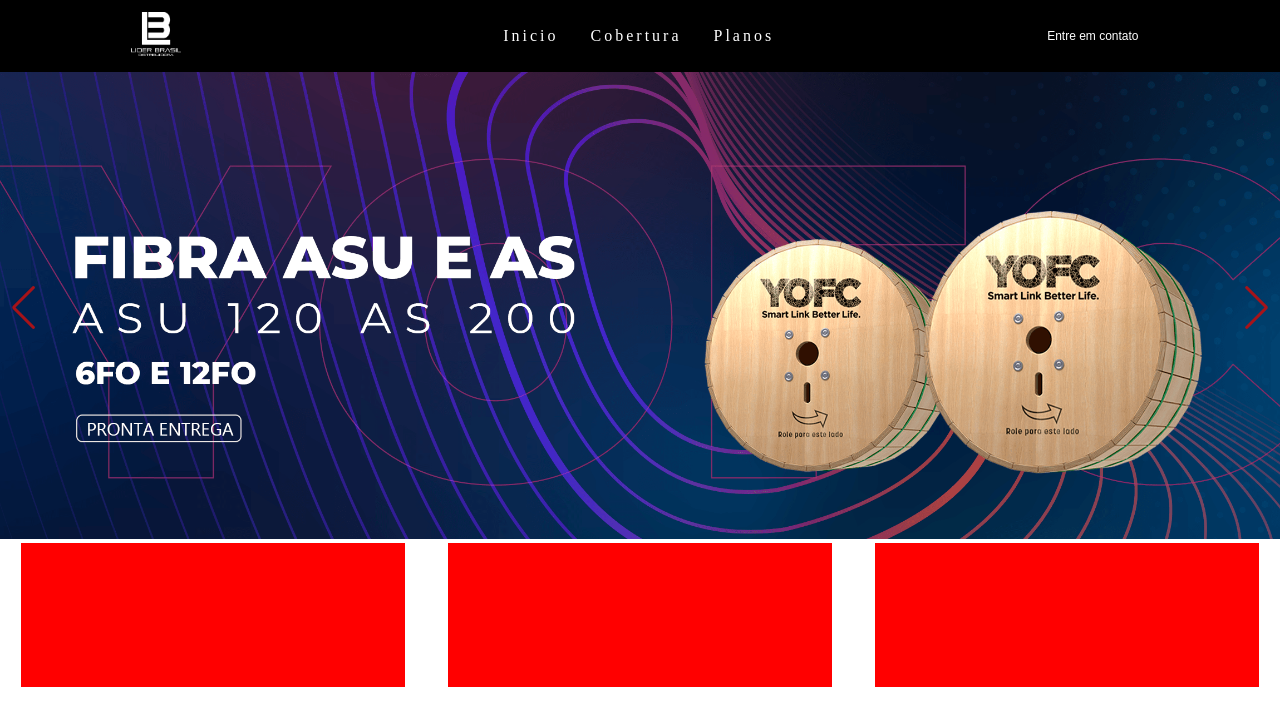
Repository: mateus-henrique-silva/Novo_institucional_lider
Page: index.html
These files come from the project's save history. The page is drawn as it stood at one moment and after the next save; the edit follows.
The browser window is 1280 px wide. The pictures show the whole page.
Some web fonts or font styles are not loaded; a fallback is used.

Above is the page before, as saved 2022-09-01 16:02:24.
Console error: SyntaxError: Identifier 'MobileNavbar' has already been declared

### index.html
<!DOCTYPE html>
<html lang="en">
  <head>
    <meta charset="UTF-8" />
    <meta http-equiv="X-UA-Compatible" content="IE=edge" />
    <meta name="viewport" content="width=device-width, initial-scale=1.0" />
    <link rel="stylesheet" href="./src/CSS/Global.css" />
    <link rel="stylesheet" href="./src/CSS/Header/style.css" />
    <link rel="stylesheet" href="./src/CSS/Main/style.css" />
    <link rel="stylesheet" href="./src/CSS/Main/Carousel/styles.css" />
    <link rel="stylesheet" href="./src/CSS/Main/Box/style.css" />
    <link
      rel="stylesheet"
      href="https://unpkg.com/swiper@8/swiper-bundle.min.css"
    />
    <title>Líder Brasil</title>
  </head>
  <body>
    <header>
      <nav>
        <a class="logo"
          ><img src="./src/Assets/Logo/lb.png" width="50" alt=""
        /></a>
        <div class="mobile-menu">
          <div class="line1"></div>
          <div class="line2"></div>
          <div class="line3"></div>
        </div>
        <ul class="nav-list">
          <li><a href="#network index.html">Inicio</a></li>
          <li><a href="#map-container">Cobertura</a></li>
          <li><a href="#container">Planos</a></li>
        </ul>
        <ul>
          <li style="list-style: none; font-size: 10px">
            <a
              href="#"
              style="
                font-size: 12px;
                padding: 10px;
                font-family: arial;
                color: white;
              "
              onclick="openForm()"
              class="contact-header"
              >Entre em contato</a
            >
          </li>
        </ul>
      </nav>
    </header>
    <main>
      <section>
        <div class="swiper">
          <div class="swiper-wrapper">
            <div class="swiper-slide">
              <div class="project-img">
                <img
                  src="./src/Assets/img/carrossel/desktop/drop-desktop.png"
                  alt="Foto 01"
                />
              </div>
              <div class="project-img" id="mobile-img">
                <img
                  src="./src/Assets/img/carrossel/mobile/drop-mobile.png"
                  alt="Foto 03"
                />
              </div>
            </div>
            <div class="swiper-slide">
              <div class="project-img">
                <img
                  src="./src/Assets/img/carrossel/desktop/escada-desktop.png"
                  alt="Foto 01"
                />
              </div>
              <div class="project-img" id="mobile-img">
                <img
                  src="./src/Assets/img/carrossel/mobile/escada-mobile.png"
                  alt="Foto 03"
                />
              </div>
            </div>
            <div class="swiper-slide">
              <div class="project-img">
                <img src="./src/Assets/img/teste6.png" alt="Foto 01" />
              </div>
              <div class="project-img" id="mobile-img">
                <img src="./src/Assets/img/foto_03.png" alt="Foto 03" />
              </div>
            </div>
          </div>
          <div class="swiper-button-next"></div>
          <div class="swiper-button-prev"></div>
          <div class="swiper-pagination"></div>
        </div>
      </section>
      <section>
        <div class="section-box">
          <div class="box">
            <div class="box-text"></div>
          </div>
          <div class="box"></div>
          <div class="box"></div>
        </div>
      </section>
    </main>
    <footer></footer>
    <script src="https://unpkg.com/swiper@8/swiper-bundle.min.js"></script>
    <script src="./src/Scripts/Carousel/scripts.js"></script>
    <script src="./src/Scripts/Mobile/scripts.js"></script>
    <script src="./src/Scripts/Global.js"></script>
  </body>
</html>

### src/CSS/Global.css
@import url("https://fonts.googleapis.com/css2?family=Montserrat:ital,wght@0,100;0,200;0,300;0,400;0,500;0,600;0,700;0,800;0,900;1,100;1,200;1,300;1,400;1,500;1,600;1,700;1,800;1,900&family=Source+Serif+Pro:ital,wght@0,200;0,300;0,400;0,600;0,700;0,900;1,200;1,300;1,400;1,600;1,700;1,900&display=swap");

* {
  font-family: 'Source Serif Pro', serif;
  margin: 0;
  padding: 0;
  border: 0;

}


body{

}

### src/CSS/Header/style.css
header {
  width: 100%;
  background-color: black;
  margin-top: 0;
}
a {
  color: black;
  text-decoration: none;
  transition: 0.3s;
}

a:hover {
  opacity: 0.7;
}

.logo {
  align-items: center;
  width: 6%;

  text-transform: uppercase;
  letter-spacing: 4px;
}

.logo h1 {
  font-size: 12px;
}

nav {
  display: flex;
  z-index: 1;

  width: 100%;
  margin-top: 0;

  justify-content: space-around;
  align-items: center;
  background-color: black;
  height: 10vh;
}

.nav-list {
  text-align: center;
  justify-content: center;
  list-style: none;
  display: flex;
  z-index: 1;
}

.nav-list li {
  letter-spacing: 3px;
  margin-left: 32px;
}
.nav-list li a {
  color: white;
}
.nav-list li a:hover {
  color: #ff073b;
}

.mobile-menu {
  display: none;
  margin-left: 80px;
  cursor: pointer;
}

.mobile-menu div {
  transition: 0.3s;

  width: 32px;
  height: 2px;
  background: white;
  margin: 8px;
}

@media (max-width: 950px) {
  body {
    overflow-x: hidden;
  }

  .nav-list {
    position: absolute;
    top: 7vh;
    right: 0;
    width: 100vw;
    height: 100vh;
    background-color: white;
    flex-direction: column;
    color: white;
    align-items: center;
    display: none;
    transition: 0.3s ease-in;
    justify-content: space-around;
    transform: translateX(100%);
  }

  .nav-list li {
    margin-left: 0;
    opacity: 0;
  }

  .mobile-menu {
    display: block;
  }
  .contact-header {
    display: none;
  }

  .logo {
    margin-left:10px;
    width: 60%;
  }
}

.nav-list.active {
  transition: 0.3s;
  overflow-y: hidden;
  position: fixed;
  z-index: 10000;
  background-color: black;
  transform: translateX(0);
  display: flex;
}

.nav-list.active li {
  color: white!important;
  font-weight:bold;
}

.nav-list.active li {
  color: white;
}

@keyframes navLinkFade {
  from {
    opacity: 0;
    transform: translateX(50px);
  }

  to {
    opacity: 1;
    transform: translateX(0);
  }
}

.mobile-menu.active .line1 {
  transform: rotate(-45deg) translate(-8px, 8px);
}

.mobile-menu.active .line2 {
  opacity: 0;
}

.mobile-menu.active .line3 {
  transform: rotate(45deg) translate(-5px, -7px);
}

### src/CSS/Main/style.css
main{
    width: 100%;
    height: 100%;

    max-width: 100vw;
}


section{

    width: 100%;
    height: 100%;
}

### src/CSS/Main/Carousel/styles.css
.swiper {
    height: 100%!important;

  }

  .swiper-slide {
    text-align: center;
    display: flex;
    height: 100%!important;
    align-items: center;
    justify-content: center;
  }

  @media (max-width: 450px) {
    .swiper {
      height: 270px;
    }

    .project-img img{
      width: 100%;
      height: 100%!important;
    }
  }

  .project-img img{
    width: 100%;
    /* height: 80vh; */
  }



  .swiper-pagination-bullet{
    color: white !important;
    /* margin-top:-10px!important; */
    background-color:white !important;
  }

  /*
    largura => 3840
    Altura => 420

  */


  .swiper-button-next:after, .swiper-button-prev:after{
    color:#a71319 !important;
  }

  #mobile-img{
    display: none;
  }


  @media(max-width:999px){
    #mobile-img{
      display: block!important;
    }


    .project-img{
      display:none;
    }
  }


.menu{
  display:flex;
  flex-direction:column;
}

### src/CSS/Main/Box/style.css
.section-box{
    width: 100%;
    justify-content: space-around;
    display: flex;
}

.box{
    height: 20vh;
    width: 100%;
    max-width: 30vw;
    background-color:red;
}

### src/Scripts/Mobile/scripts.js
class MobileNavbar{


    constructor(mobileMenu, navList, navLinks){
        this.mobileMenu = document.querySelector(mobileMenu);
        this.navList = document.querySelector(navList);
        this.navLinks = document.querySelectorAll(navLinks);
        this.activeClass = "active";
        this.hadleClick =  this.hadleClick.bind(this);


    }

    animateLinks(){
        this.navLinks.forEach((link, index)=>{

            var calc = index/7+0.3;


            link.style.animation
            ?(link.style.animation="")
            :(link.style.animation= `navLinkFade 0.5s ease forwards ${calc}s`);


        });


    }


    hadleClick(){


        this.navList.classList.toggle(this.activeClass);
        this.mobileMenu.classList.toggle(this.activeClass);
        this.animateLinks();
    }

    addClickEvent(){
        this.mobileMenu.addEventListener("click", this.hadleClick);


    }

    init(){

        if(this.mobileMenu){

            this.addClickEvent();
        }
        return this;
    }
    }



    const mobileNavbar = new MobileNavbar(

        ".mobile-menu",

        ".nav-list",

        ".nav-list li",


        );


    mobileNavbar.init();

Loaded but not shown: src/Scripts/Global.js (no stored copy; drawn as an empty file)

After the next save:
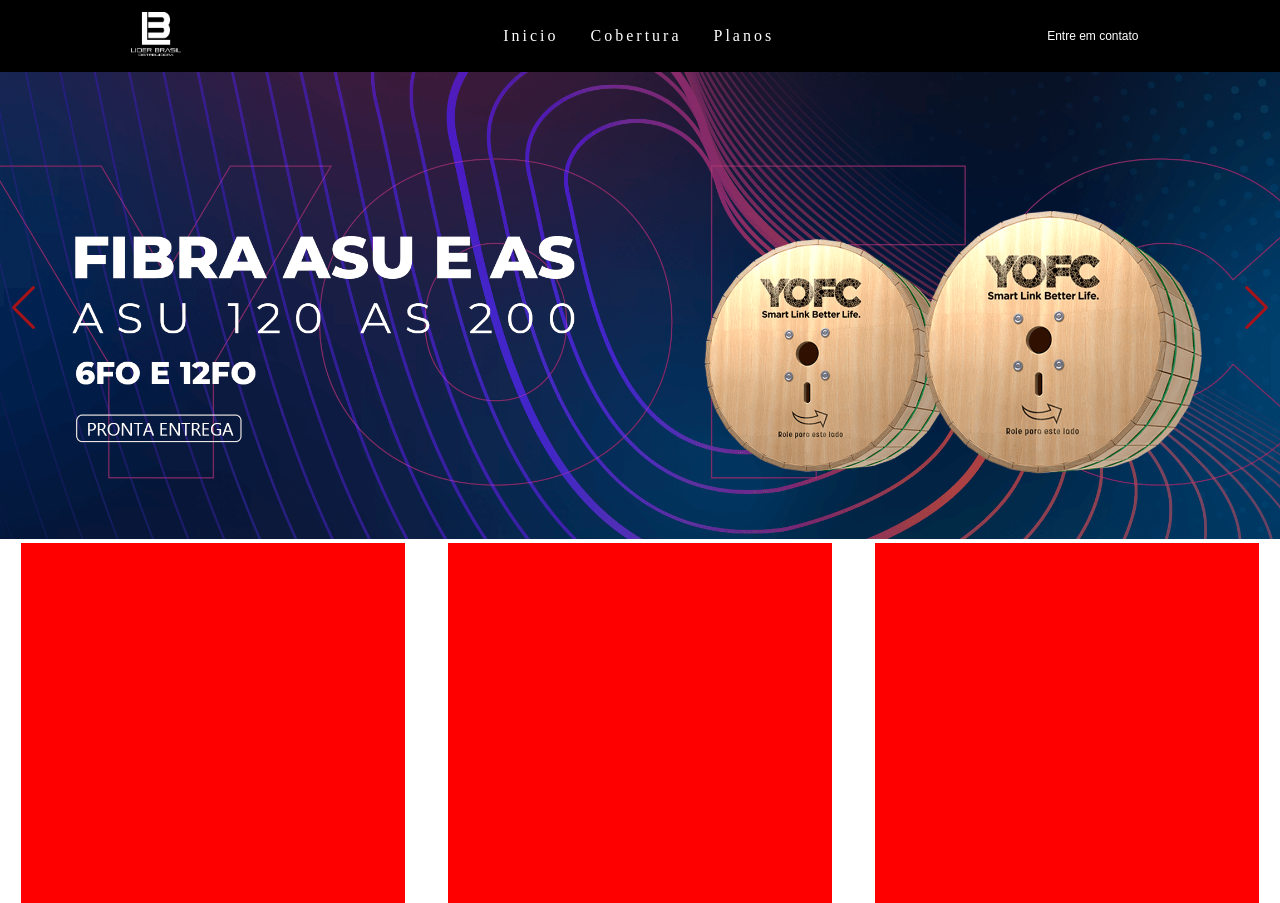
Saved 11 s later.
--- a/src/CSS/Main/Box/style.css
+++ b/src/CSS/Main/Box/style.css
@@ -5,7 +5,7 @@
 }
 
 .box{
-    height: 20vh;
+    height: 50vh;
     width: 100%;
     max-width: 30vw;
     background-color:red;
